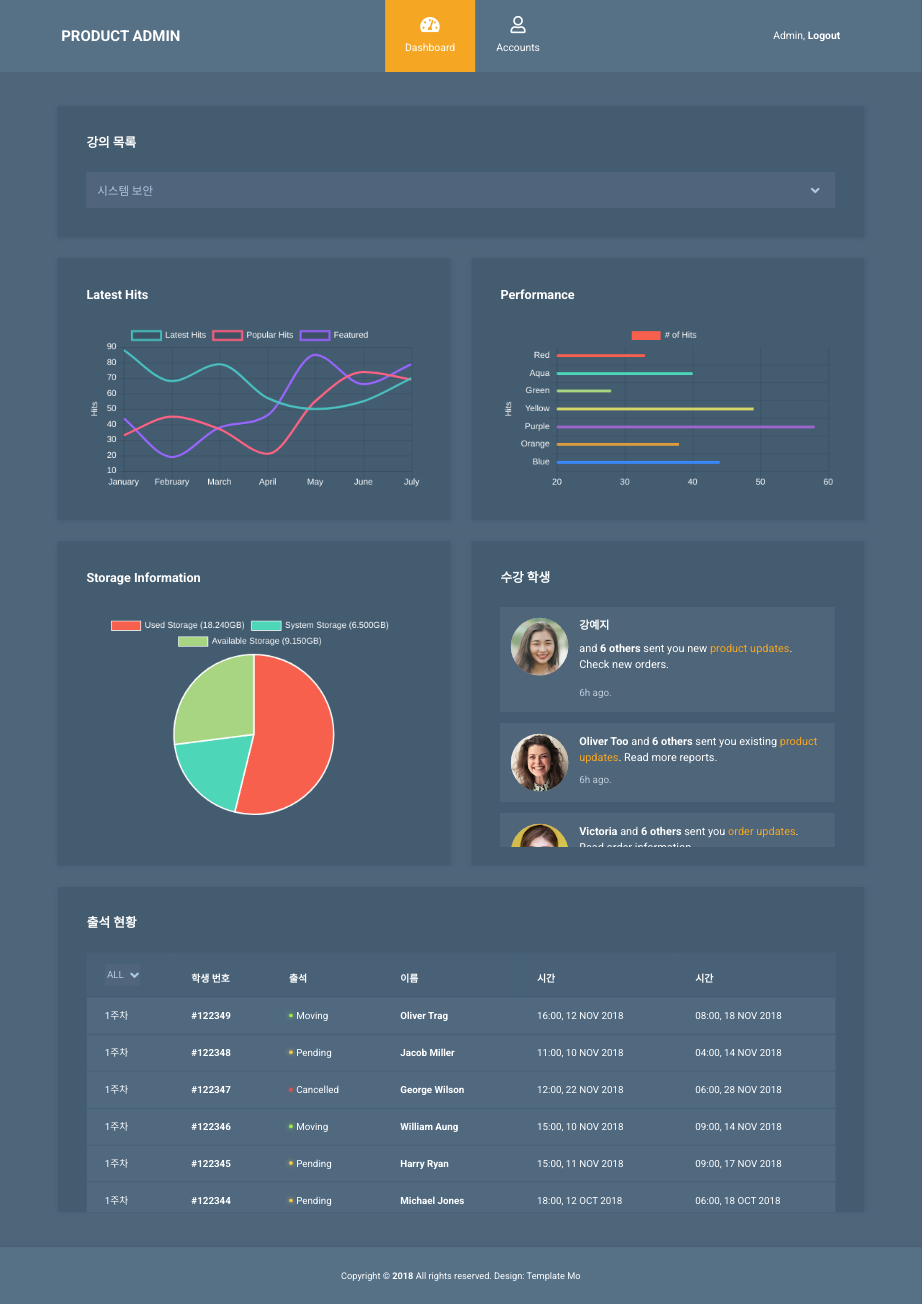
Repository: YJ-S2/2019-FaceAPI
Page: test1-master/web/123/WebContent/web1.html
These files come from the project's save history. The page is drawn as it stood at one moment and after the next save; the edit follows.
The browser window is 1280 px wide. The pictures show the whole page, at 72% of full size.
An inner scrolling area shows only its first screen.

Above is the page before, as saved 2019-08-07 06:25:05.

After the next save:
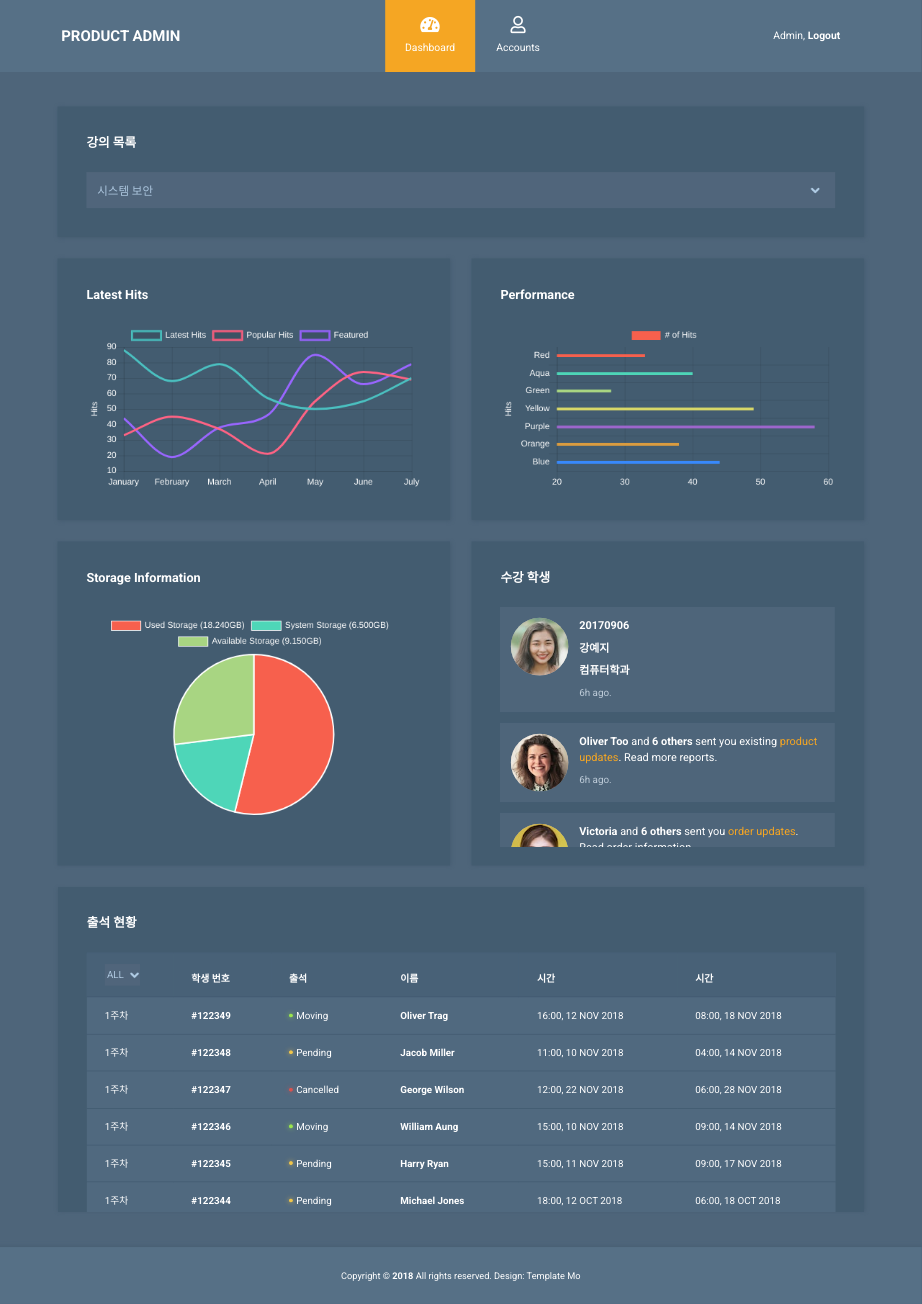
Saved 3 min 0 s later.
--- a/test1-master/web/123/WebContent/web1.html
+++ b/test1-master/web/123/WebContent/web1.html
@@ -125,8 +125,9 @@
                             <div class="media tm-notification-item">
                                 <div class="tm-gray-circle"><img src="img/notification-01.jpg" alt="Avatar Image" class="rounded-circle"></div>
                                 <div class="media-body">
-                                    <p class="mb-2"><b>강예지</b></p> and <b>6 others</b> sent you new <a href="#"
-                                            class="tm-notification-link">product updates</a>. Check new orders.</p>
+                                	<p class="mb-2"><b>20170906</b></p>
+                                    <p class="mb-2"><b>강예지</b></p>
+                                    <p class="mb-2"><b>컴퓨터학과</b></p>
                                     <span class="tm-small tm-text-color-secondary">6h ago.</span>
                                 </div>
                             </div>
